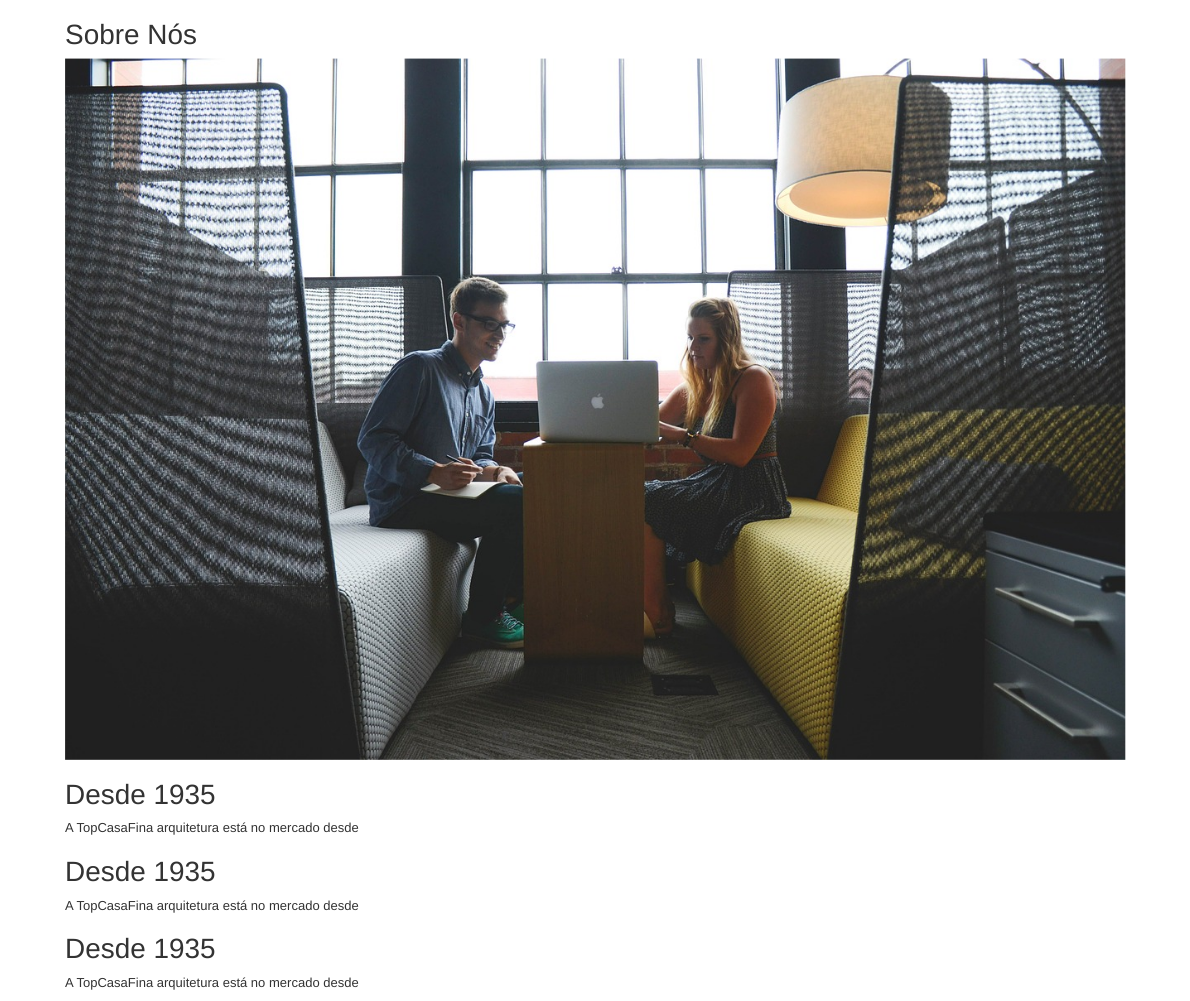
Repository: daviemer/bootstrap-alura
Page: index2.html
These files come from the project's save history. The page is drawn as it stood at one moment and after the next save; the edit follows.
The browser window is 1280 px wide. The pictures show the whole page, at 93% of full size.

Above is the page before, as saved 2022-07-07 20:16:12.

### index2.html
<!DOCTYPE html>
<html lang="pt-br">
<head>
  <meta charset="UTF-8">
  <meta http-equiv="X-UA-Compatible" content="IE=edge">
  <meta name="viewport" content="width=device-width, initial-scale=1.0">
  <title>Document</title>
  <link rel="stylesheet" href="bootstrap/css/bootstrap.min.css" type="text/css">
</head>
<body>
  <div class="container">
    <h2>Sobre Nós</h2>
    <img class="img-responsive" src="assets/img/empresa.jpg" alt="">
    <h2>Desde 1935</h2>
    <p>A TopCasaFina arquitetura está no mercado desde</p>
    <h2>Desde 1935</h2>
    <p>A TopCasaFina arquitetura está no mercado desde</p>
    <h2>Desde 1935</h2>
    <p>A TopCasaFina arquitetura está no mercado desde</p>
  </div>

</body>
</html>

Loaded but not shown: bootstrap/css/bootstrap.min.css (library)

After the next save:
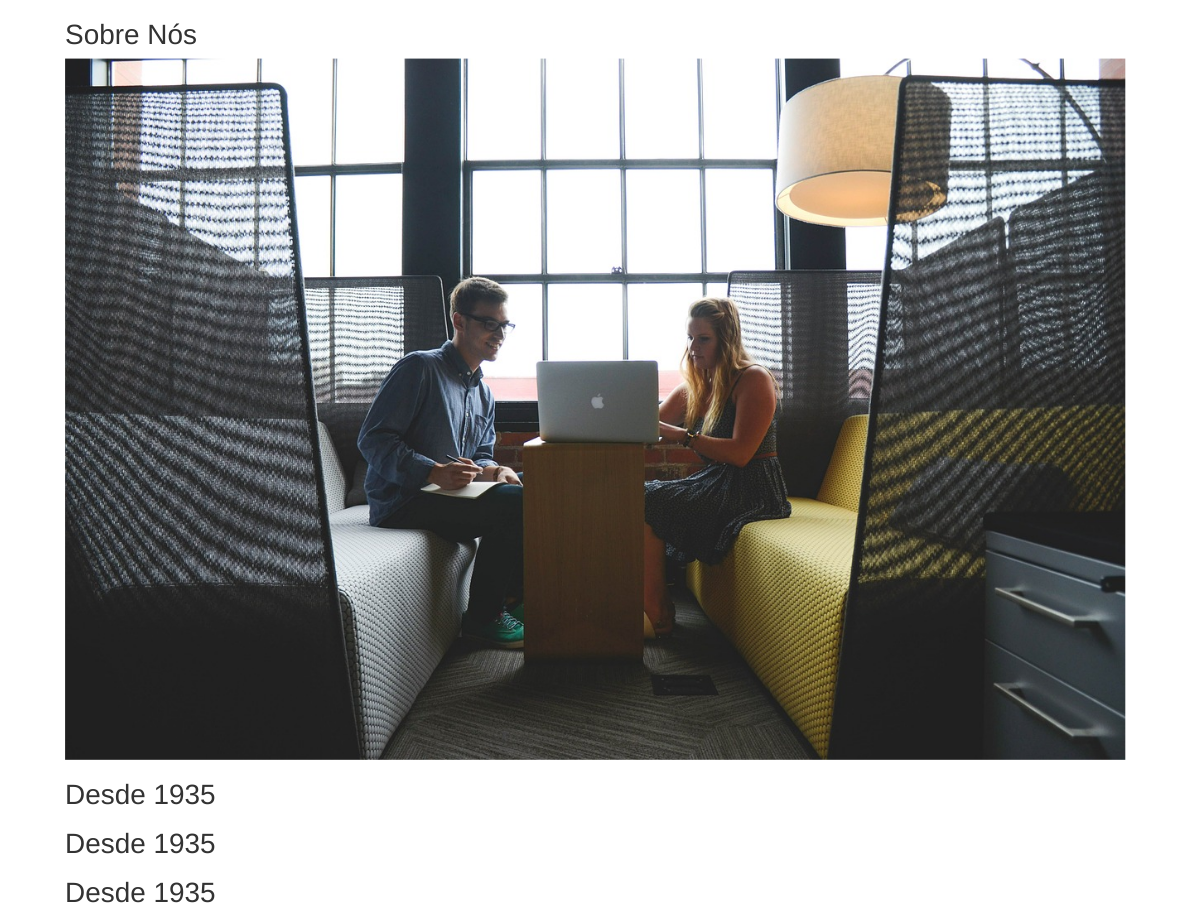
Saved 3 min 8 s later.
--- a/index2.html
+++ b/index2.html
@@ -12,11 +12,11 @@
     <h2>Sobre Nós</h2>
     <img class="img-responsive" src="assets/img/empresa.jpg" alt="">
     <h2>Desde 1935</h2>
-    <p>A TopCasaFina arquitetura está no mercado desde</p>
+    <p class="collapse">A TopCasaFina arquitetura está no mercado desde</p>
     <h2>Desde 1935</h2>
-    <p>A TopCasaFina arquitetura está no mercado desde</p>
+    <p class="collapse">A TopCasaFina arquitetura está no mercado desde</p>
     <h2>Desde 1935</h2>
-    <p>A TopCasaFina arquitetura está no mercado desde</p>
+    <p class="collapse">A TopCasaFina arquitetura está no mercado desde</p>
   </div>
 
 </body>
